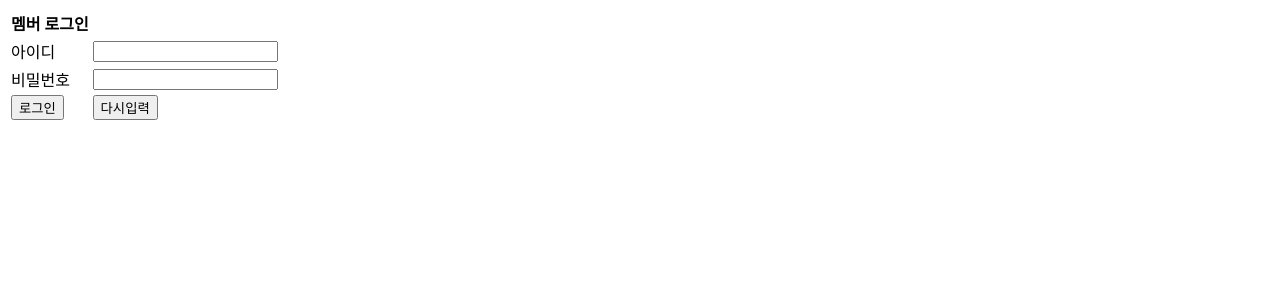
Repository: jsb5589/JAVAStudy
Page: EZWebs/JSP02/src/main/webapp/login3.html
An editor plug-in stored every save of this project. The page is shown before and after the next save, followed by the edit.
The browser window is 1280 px wide. The pictures show the whole page.

Above is the page before, as saved 2021-08-09 06:49:49.

After the next save:
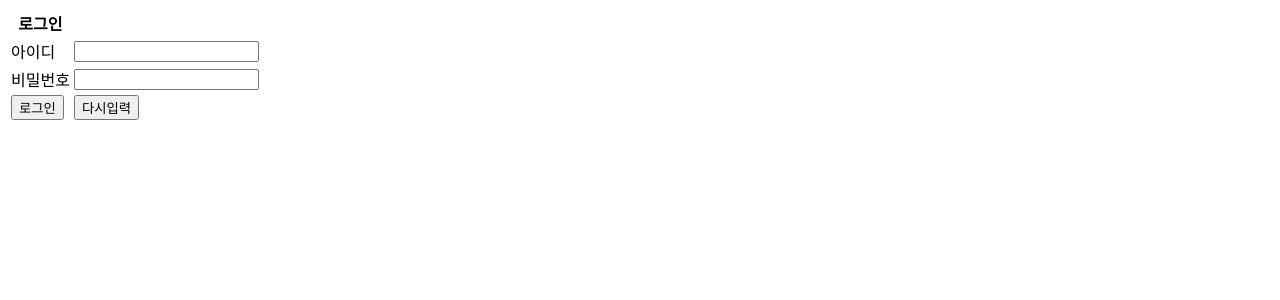
Saved 46 s later.
--- a/EZWebs/JSP02/src/main/webapp/login3.html
+++ b/EZWebs/JSP02/src/main/webapp/login3.html
@@ -7,7 +7,7 @@
 <body>
 	<form name="login" method="post" action="login3.jsp">
 		<table>
-			<th>멤버 로그인</th>
+			<th>로그인</th>
 			<tr>
 				<td>아이디</td>
 				<td><input type="text" name="userid"></td>
